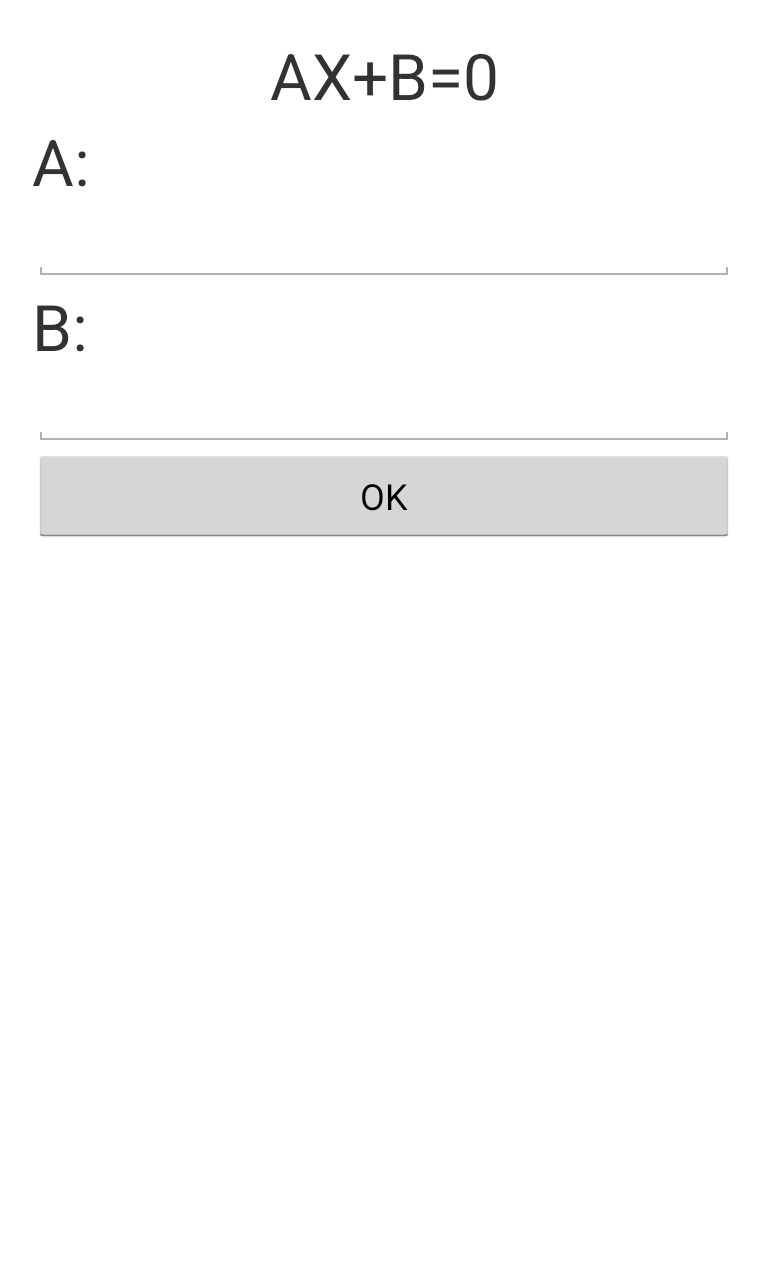
Repository: erickluz/Android
Layout: EquacaoPrimeiroGrau/res/layout/activity_main.xml
The author's editor kept a copy of each file at every save. The layout is drawn from the files as they stood at one save, then again after the next save.
It is drawn on a 768 x 1280 px phone screen (xhdpi) without system bars, with theme AppTheme; the app's code is not run.

Above is the layout before, as saved 2016-03-14 23:34:43.

After the next save:
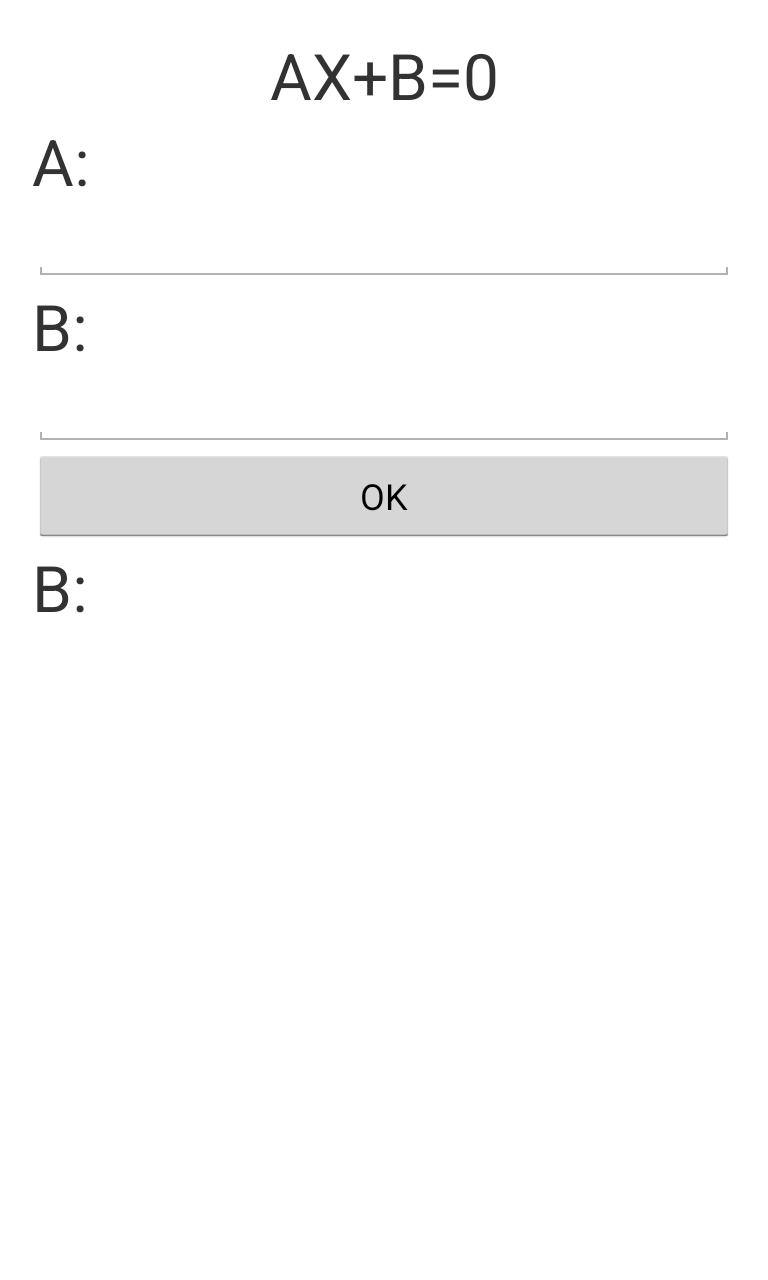
Saved 27 s later.
--- a/EquacaoPrimeiroGrau/res/layout/activity_main.xml
+++ b/EquacaoPrimeiroGrau/res/layout/activity_main.xml
@@ -49,4 +49,10 @@
         android:text="@string/ok"
         android:onClick="btnOk" />
 
+      <TextView
+        android:layout_width="fill_parent"
+        android:layout_height="wrap_content"
+        android:textSize="32sp"
+        android:text="@string/B" />
+
 </LinearLayout>
